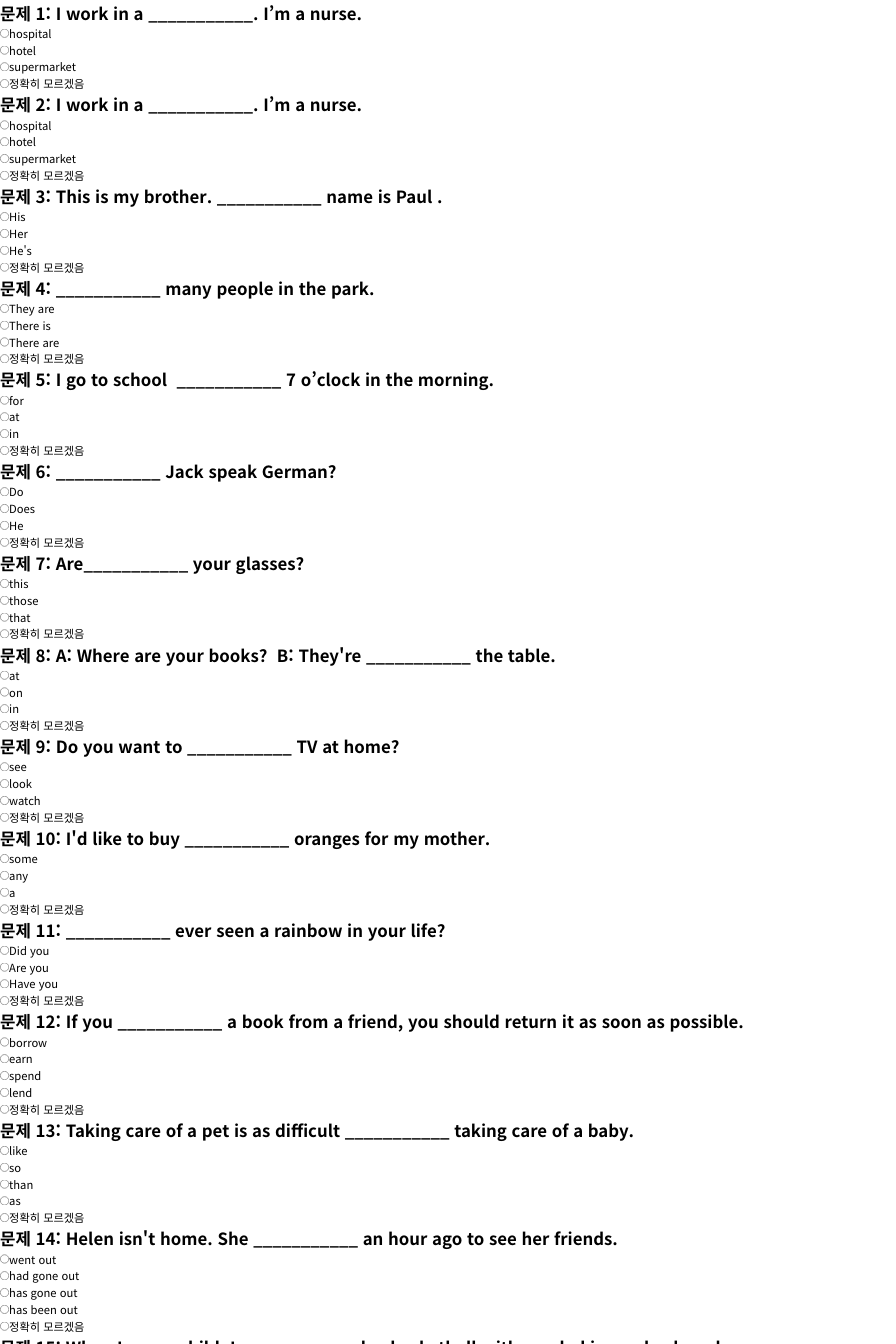
Repository: kmdy7991/Project-TeddyBear
Page: /cefrtest (app in project/)
An editor plug-in stored every save of this project. The page is shown before and after the next save, followed by the edit.
The browser window is 1280 px wide. The pictures show the part of the page from y = 0 to 1920 px (the page is 2526 px tall before and 2788 px after), at 70% of full size.
Some web libraries are served in a nearby version. The project was rebuilt for these pictures with package versions that can differ from the ones it lists, and the page was loaded fresh each time. Also part of the build but not shown: project/src/pages/Login/Login.tsx, project/src/pages/Login/TestGuide.module.css, project/src/pages/Login/TestGuide.tsx, project/src/pages/Login/profil.module.css, project/src/pages/Login/Profil.tsx, project/src/components/Nav/Nav.module.css, project/src/components/Nav/Nav.tsx, project/src/components/Slider/Arrow.css and 36 more.

Above is the page before, as saved 2024-03-25 04:40:44.

After the next save:
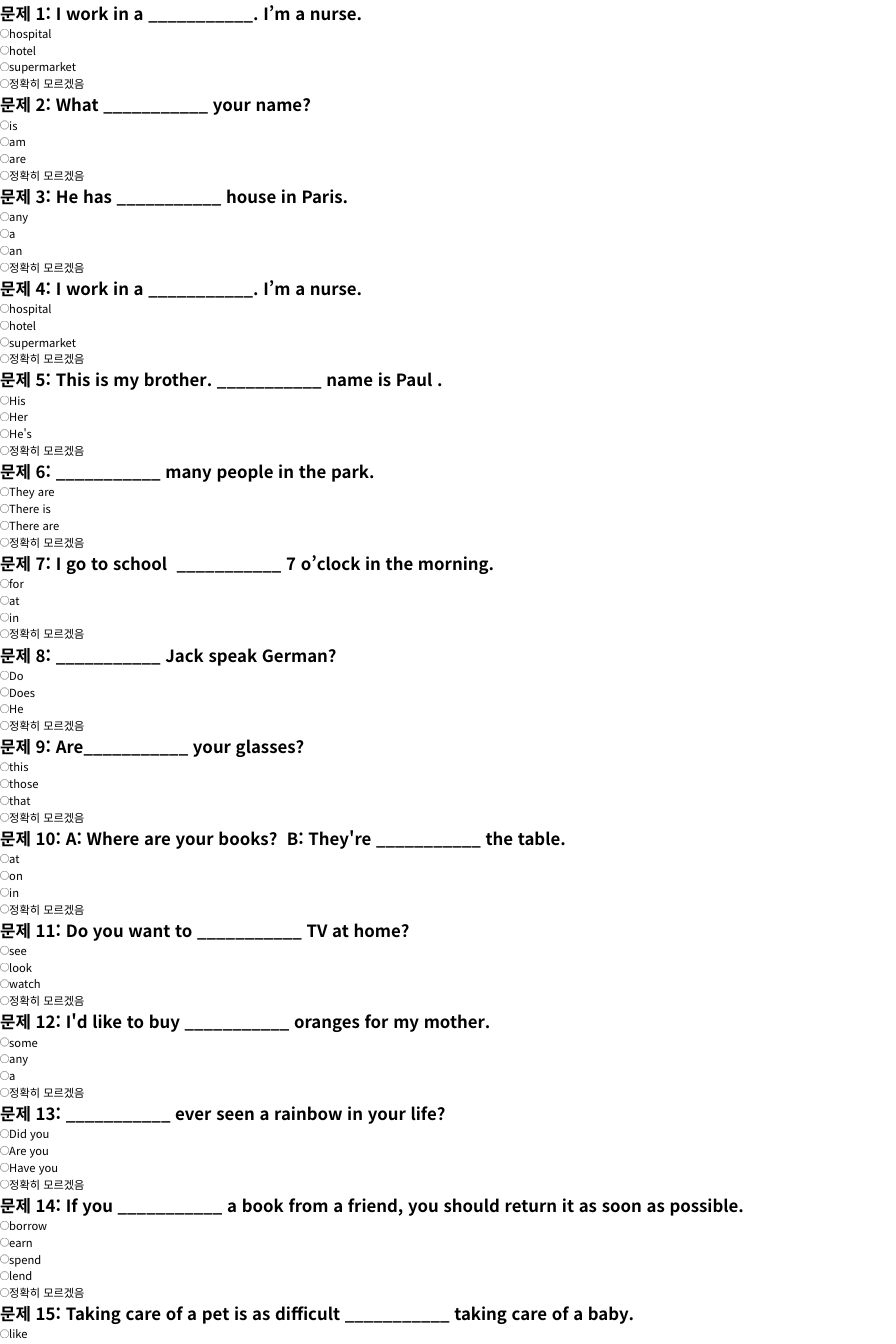
Saved 9 min 15 s later.
--- a/project/src/pages/Login/CefrTest.tsx
+++ b/project/src/pages/Login/CefrTest.tsx
@@ -19,6 +19,20 @@ const questions: Question[] = [
     score: 1,
   },
   // 여기에 추가 문제를 넣으세요.
+  {
+    id: 1,
+    question: "What ___________ your name?",
+    options: ["is", "am", "are", "정확히 모르겠음"],
+    answer: 0,
+    score: 1,
+  },
+  {
+    id: 2,
+    question: "He has ___________ house in Paris.",
+    options: ["any", "a", "an", "정확히 모르겠음"],
+    answer: 1,
+    score: 1,
+  },
   {
     id: 3,
     question: "I work in a ___________. I’m a nurse.",
